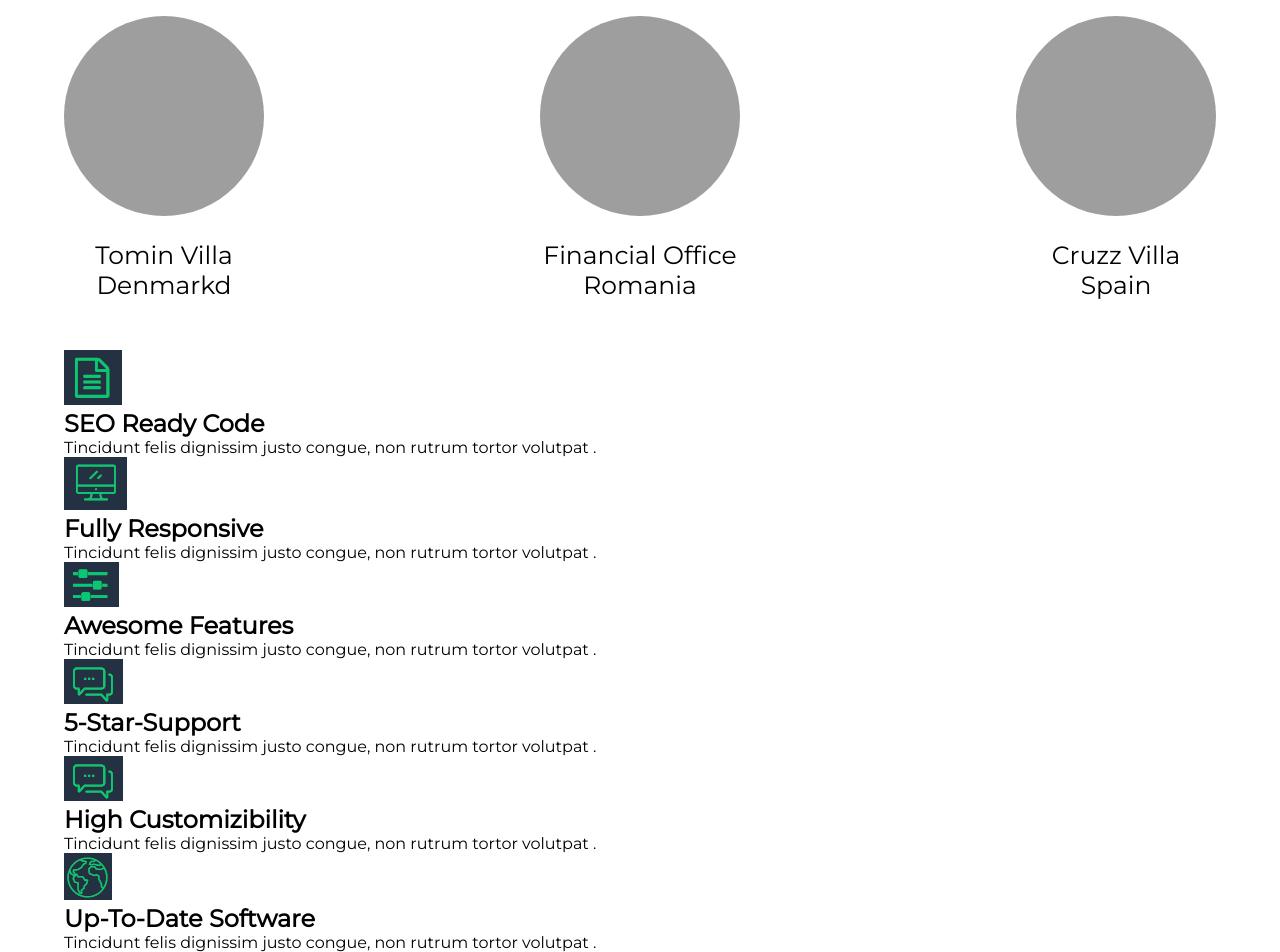
Repository: Yowani24/Real-Estate2
Page: index.html
These files come from the project's save history. The page is drawn as it stood at one moment and after the next save; the edit follows.
The browser window is 1280 px wide. The pictures show the part of the page from y = 1025 to 1977 px (the page is 1977 px tall before and 1941 px after).
Pictures or frames that could not be fetched are drawn as grey boxes. Some web fonts or font styles are not loaded; a fallback is used.

Above is the page before, as saved 2021-08-27 14:20:05.

### index.html
<!DOCTYPE html>
<html lang="en">
<head>
    <meta charset="UTF-8">
    <meta http-equiv="X-UA-Compatible" content="IE=edge">
    <meta name="viewport" content="width=device-width, initial-scale=1.0">
    <title>Real State</title>
    <link rel="stylesheet" href="styles.css">

    <!-- ============FONT-FAMILY============== -->
    <link rel="preconnect" href="https://fonts.googleapis.com">
    <link rel="preconnect" href="https://fonts.gstatic.com" crossorigin>
    <link href="https://fonts.googleapis.com/css2?family=Montserrat&family=Rozha+One&display=swap" rel="stylesheet">

    <!-- ======================VUELS CDN=================== -->
    <script src="https://cdn.jsdelivr.net/npm/vue@2"></script>

</head>
<body>
    <Header>
        <div class="interface_wrapper header_wrapper">
            <div class="logo_box">
                <img src="/images/realLogo.png" alt="">
                <p><span>Real</span> Estate</p>
            </div>

            <div class="menu">
                <nav>
                    <ul>
                        <li><a href="#">Home</a></li>
                        <li><a href="#">About</a></li>
                        <li><a href="#">Agents</a></li>
                        <li><a href="#">Price</a></li>
                        <li><a href="#">Blog</a></li>
                    </ul>
                </nav>
            </div>
        </div>
    </Header>

    <section class="showcase_sec">
        <div class="interface_wrapper showcase">
            <p>Give Life For Your <br/>Dream <span>Home</span></p>
            <p>Always on the lookout for the hi-tech advancements.  Build not only a product that can sell well, but a platform through which to deliver it.</p>

            <div class="btns_box">
                <button>Read more</button>
                <button>Contact Us</button>
            </div>
        </div>
    </section>

    <section class="about_us_sec">
        <div class="interface_wrapper about_us">
            <p><span>About</span> Us</p>
            <p>A modern and unique style </p>

            <div id="app">
                <div v-for="item in items">
                    <img :src="item.ima" alt="">
                    <p>{{item.desc}}</p>
                </div>
            </div>
        </div>
    </section>

    <section class="services_sec">
        <div id="services" class="interface_wrapper services">
            <div class="services_box" v-for="item in items">
                <img :src="item.ima" alt="">
                <div>
                    <h2>{{item.titulo}}</h2>
                    <p>{{item.desc}}</p>
                </div>
            </div>
        </div>
    </section>

    <script>
        var app = new Vue({
            el: '#app',
            data: {
                items: [
                    {ima:'https://images.unsplash.com/photo-1583231684537-bd79dc887244?ixlib=rb-1.2.1&ixid=MnwxMjA3fDB8MHxwaG90by1yZWxhdGVkfDZ8fHxlbnwwfHx8fA%3D%3D&auto=format&fit=crop&w=500&q=60', desc:'Tomin Villa Denmarkd'},
                    {ima:'https://images.unsplash.com/photo-1613490493576-7fde63acd811?ixlib=rb-1.2.1&ixid=MnwxMjA3fDB8MHxwaG90by1yZWxhdGVkfDV8fHxlbnwwfHx8fA%3D%3D&auto=format&fit=crop&w=500&q=60', desc:'Financial Office Romania'},
                    {ima:'https://images.unsplash.com/photo-1416331108676-a22ccb276e35?ixlib=rb-1.2.1&ixid=MnwxMjA3fDB8MHxwaG90by1yZWxhdGVkfDJ8fHxlbnwwfHx8fA%3D%3D&auto=format&fit=crop&w=500&q=60', desc:'Cruzz Villa Spain'},
                ]
            }
        });

        var app = new Vue({
            el: '#services',
            data: {
                items: [
                    {ima:'/images/SEO_Ready_Code.png', titulo:'SEO Ready Code', desc:'Tincidunt felis dignissim justo congue, non rutrum tortor volutpat .'},
                    {ima:'/images/Fully_Responsive.png', titulo:'Fully Responsive', desc:'Tincidunt felis dignissim justo congue, non rutrum tortor volutpat .'},
                    {ima:'/images/Awesome_Features.png', titulo:'Awesome Features', desc:'Tincidunt felis dignissim justo congue, non rutrum tortor volutpat .'},
                    {ima:'/images/5-Star-Support.png', titulo:'5-Star-Support', desc:'Tincidunt felis dignissim justo congue, non rutrum tortor volutpat .'},
                    {ima:'/images/5-Star-Support.png', titulo:'High Customizibility', desc:'Tincidunt felis dignissim justo congue, non rutrum tortor volutpat .'},
                    {ima:'/images/Up-To-Date Software.png', titulo:'Up-To-Date Software', desc:'Tincidunt felis dignissim justo congue, non rutrum tortor volutpat .'},

                ]
            }
        });

    </script>
</body>
</html>

### styles.css
*{
    margin: 0;
}

body{
    padding: 0;
    top: 0;
    left: 0;
    font-family: 'Montserrat', sans-serif;
}
.interface_wrapper{
    width: 90%;
    margin: 0 auto;
}

/* ======================HEADER======================= */
Header{
    background: rgb(5, 70, 66);
    color: #FFFFFF;
    padding: 10px 0;

}
.header_wrapper{
    display: flex;
    justify-content: space-between;
    align-items:center;
}
.logo_box{
    display: flex;
    align-items: center;
}
.logo_box p{
    font-size: 40px;
    font-weight: 400;
    font-family: 'Rozha One', serif;

}
.logo_box span{
    color: rgb(10, 199, 117);
}
Header .menu nav ul{
    display: flex;
    padding: 0;
}
Header .menu nav li{
    list-style: none;
    margin: 0 20px;
}
Header .menu nav a{
    text-decoration: none;
    color: #FFFFFF;
    font-size: 19px;

}

/* ======================SHOWCASE_SECTION======================= */
.showcase_sec{
    padding-top: 150px;
    padding-bottom: 100px;
    background-image: url('https://images.unsplash.com/photo-1544890603-cf0ce2d65561?ixlib=rb-1.2.1&ixid=MnwxMjA3fDB8MHxwaG90by1wYWdlfHx8fGVufDB8fHx8&auto=format&fit=crop&w=750&q=80');
    background-repeat: no-repeat;
    background-position: center;
    background-size: cover;
}
.showcase p:nth-child(1) {
    font-size: 85px;
    font-family: 'Rozha One', serif;
    width: 800px;
    border-left: 3px solid rgb(10, 199, 117);
    padding-left: 10px;
    line-height: 1;
    margin: 0 auto;
    color: #FFFFFF;

}
.showcase p:nth-child(1) span {
    color: rgb(10, 199, 117);
}

.showcase p:nth-child(2) {
    font-size: 16px;
    color: rgb(255, 255, 255);
    width: 650px;
    line-height: 2;
    margin-top: 75px;
}

.btns_box{
    margin-top: 40px;
}
.btns_box button {
    border: 2px solid rgb(10, 199, 117);
    padding: 0 45px;
    height: 55px;
    font-size: 16px;
    border-radius: 50px;
    font-weight: 500;
    color: #FFFFFF;
    line-height: 19px;
    cursor: pointer;
}

.btns_box button:nth-child(1) {
    background: rgb(10, 199, 117);
}
.showcase button:nth-child(2) {
    color:#FFFFFF;
    margin-left: 10px;
    background: none;
}


/* ======================ABOUT US======================= */
.about_us_sec{
    padding-bottom: 50px;
}
.about_us {
    display: flex;
    flex-direction: column;
}
.about_us p:nth-child(1) {
    font-size: 40px;
    border-left: 3px solid rgb(10, 199, 117);
    padding-left: 10px;
    margin: 0 auto;
    margin-top: 100px;
    margin-bottom: 10px;

}
.about_us p:nth-child(1) span {
    color: rgb(10, 199, 117);
}

.about_us p:nth-child(2) {
    font-size: 22px;
    font-style: italic;
    text-align: center;
    margin-bottom: 100px;
}

#app{
    display: flex;
    align-items: center;
    justify-content: space-between;
    width: 100%;
}
#app img{
    width: 200px;
    height: 200px;
    border-radius:100%;
}
#app p{
    text-align: center;
    font-size: 25px;
    width: 200px;
    margin: 0 auto;
    margin-top: 20px;
    font-style: normal;
}


/* ======================SERVICES======================= */

.services_box{

}

After the next save:
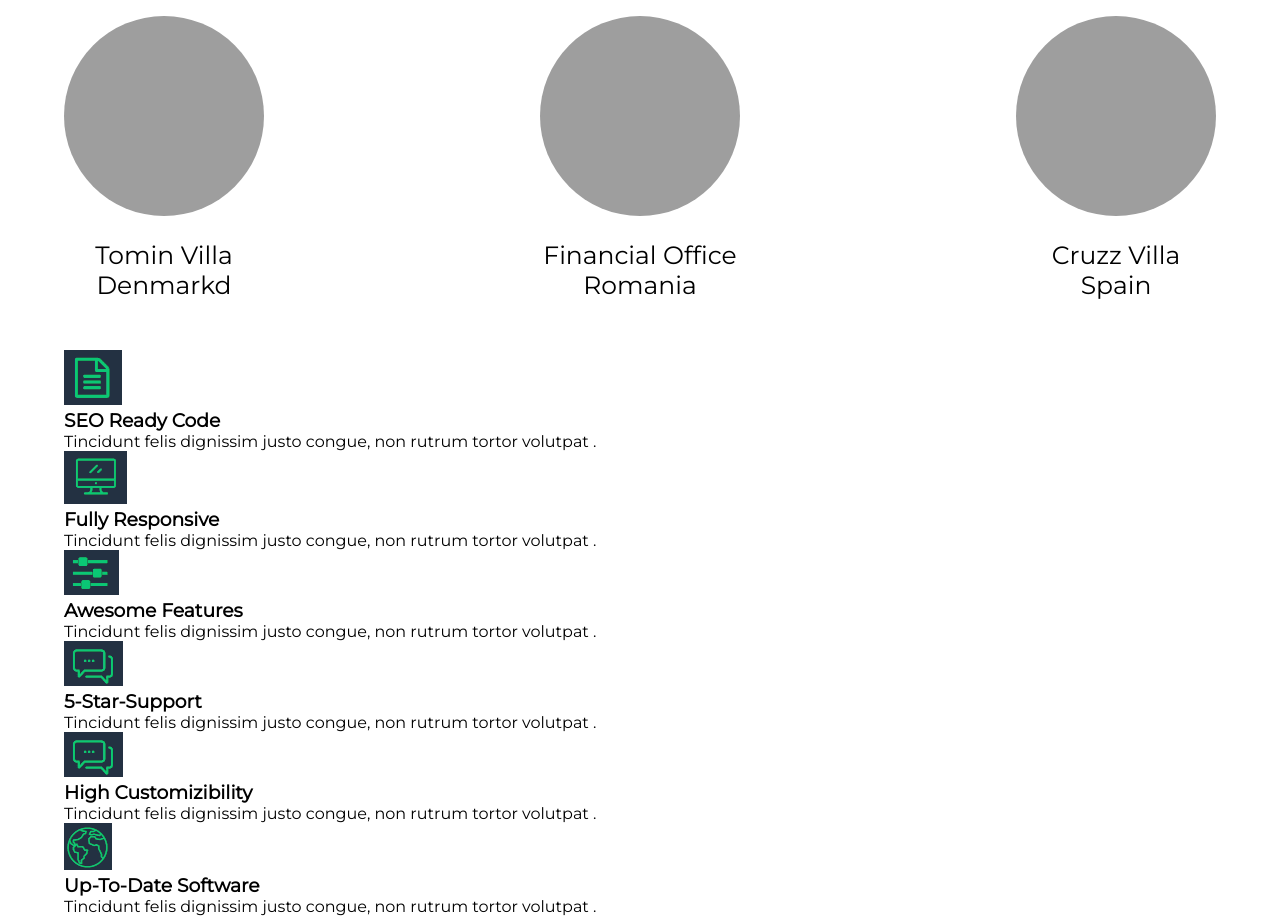
Saved 5 s later.
--- a/index.html
+++ b/index.html
@@ -69,7 +69,7 @@
             <div class="services_box" v-for="item in items">
                 <img :src="item.ima" alt="">
                 <div>
-                    <h2>{{item.titulo}}</h2>
+                    <h3>{{item.titulo}}</h3>
                     <p>{{item.desc}}</p>
                 </div>
             </div>
